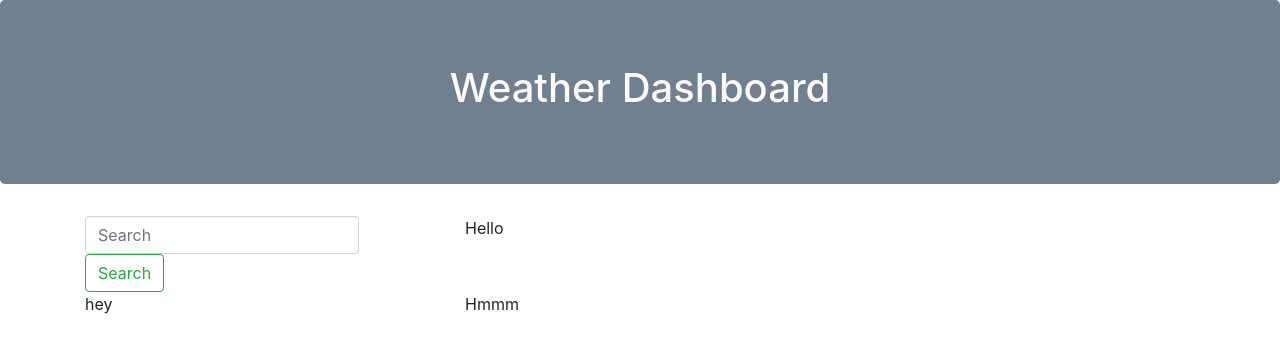
Repository: himaja830/Weather-Dashboard
Page: index.html
These files come from the project's save history. The page is drawn as it stood at one moment and after the next save; the edit follows.
The browser window is 1280 px wide. The pictures show the whole page.

Above is the page before, as saved 2020-06-27 10:58:07.

### index.html
<!DOCTYPE html>
<html lang="en">
<head>
    <meta charset="UTF-8">
    <meta name="viewport" content="width=device-width, initial-scale=1.0">
    <title>Weather Dashboard</title>
    <link rel="stylesheet" href="https://stackpath.bootstrapcdn.com/bootstrap/4.5.0/css/bootstrap.min.css" integrity="sha384-9aIt2nRpC12Uk9gS9baDl411NQApFmC26EwAOH8WgZl5MYYxFfc+NcPb1dKGj7Sk" crossorigin="anonymous">
    <link rel="stylesheet" href="assets/style.css">
</head>
<body>
    <div class="jumbotron">
        <h1>Weather Dashboard</h1>
    </div>
    <div class="container">
        <div class="row row-cols-4">
            <div class="col-4">
                <form class="form-inline">
                <input class="form-control mr-sm-2" type="search" placeholder="Search" aria-label="Search">
                <button class="btn btn-outline-success my-2 my-sm-0" type="submit">Search</button>
              </form>
            </div>
            <div class="col-6">Hello</div>
            <div class="col-4">hey</div>
            <div class="col-6">Hmmm</div>
        </div>
    </div>
</body>
</html>

### assets/style.css
.jumbotron{
    text-align: center;
    background-color: slategrey;
    color: snow;
}

After the next save:
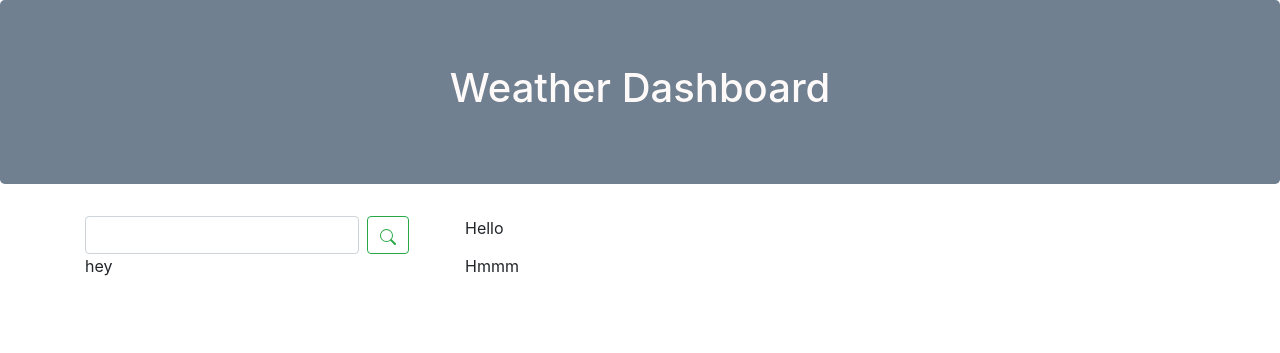
Saved 99 s later.
--- a/index.html
+++ b/index.html
@@ -15,8 +15,13 @@
         <div class="row row-cols-4">
             <div class="col-4">
                 <form class="form-inline">
-                <input class="form-control mr-sm-2" type="search" placeholder="Search" aria-label="Search">
-                <button class="btn btn-outline-success my-2 my-sm-0" type="submit">Search</button>
+                <input class="form-control mr-sm-2" type="search"  aria-label="Search">
+                <button class="btn btn-outline-success my-2 my-sm-0" type="submit">
+                    <svg width="1em" height="1em" viewBox="0 0 16 16" class="bi bi-search" fill="currentColor" xmlns="http://www.w3.org/2000/svg">
+                    <path fill-rule="evenodd" d="M10.442 10.442a1 1 0 0 1 1.415 0l3.85 3.85a1 1 0 0 1-1.414 1.415l-3.85-3.85a1 1 0 0 1 0-1.415z"/>
+                    <path fill-rule="evenodd" d="M6.5 12a5.5 5.5 0 1 0 0-11 5.5 5.5 0 0 0 0 11zM13 6.5a6.5 6.5 0 1 1-13 0 6.5 6.5 0 0 1 13 0z"/>
+                  </svg>
+                </button>
               </form>
             </div>
             <div class="col-6">Hello</div>
